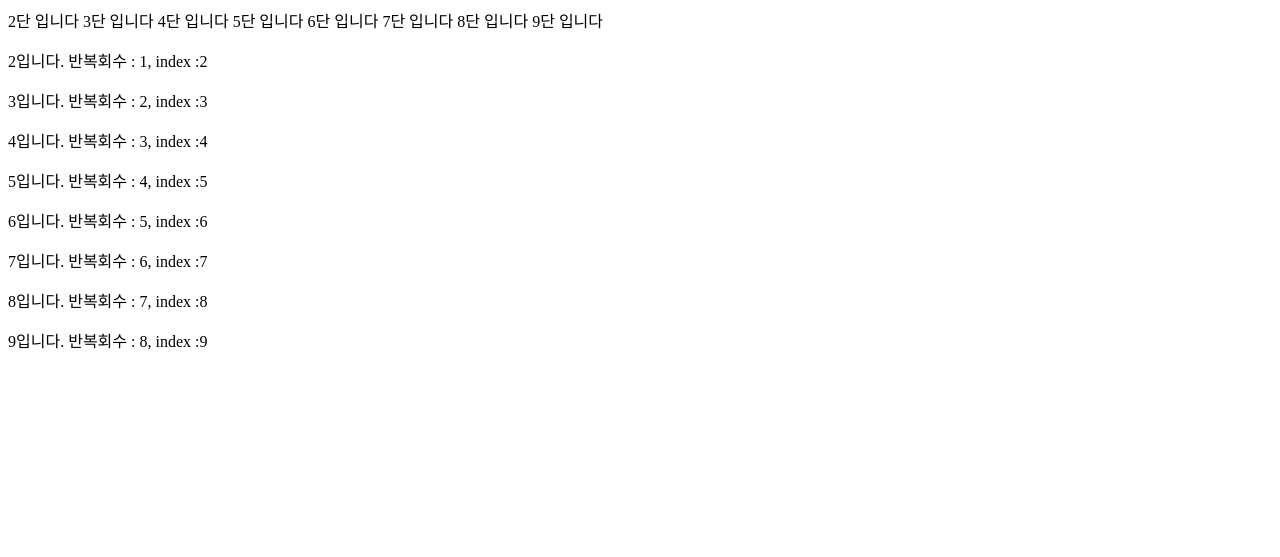
Repository: jjungee/DDIT-JSP
Page: http://localhost/JSP_JSTL/forEach.jsp
The author's editor kept a copy of each file at every save. The page is drawn from the files as they stood at one save, then again after the next save.
The browser window is 1280 px wide. The pictures show the whole page.
The page is served by Tomcat 9.

Above is the page before, as saved 2020-11-02 02:31:51.

After the next save:
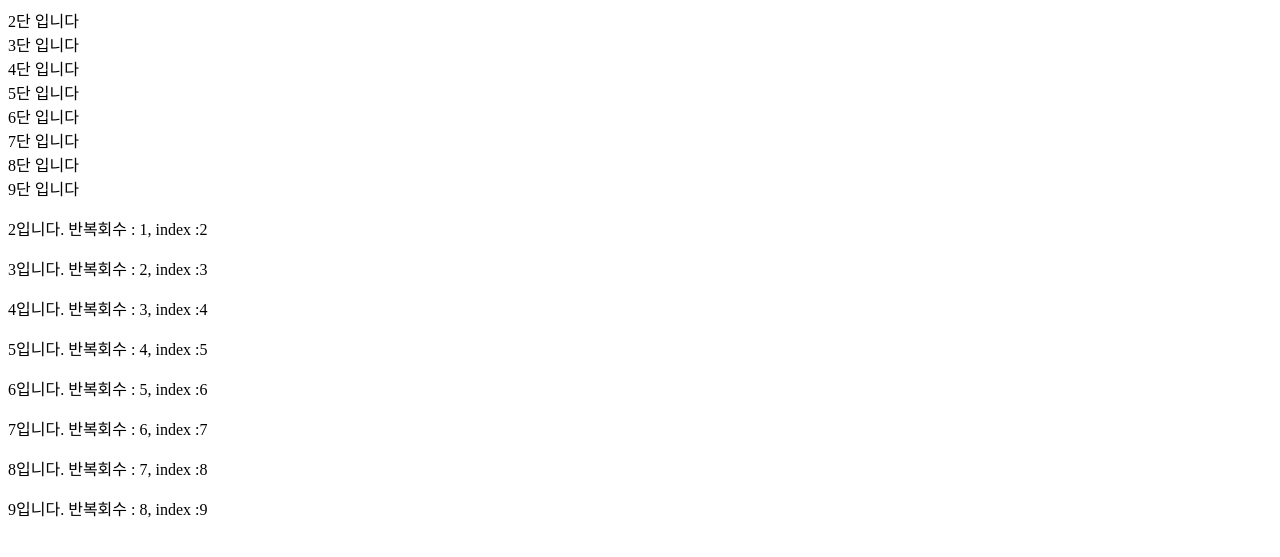
Saved 50 s later.
--- a/JSP_JSTL/WebContent/forEach.jsp
+++ b/JSP_JSTL/WebContent/forEach.jsp
@@ -13,7 +13,7 @@
 	<body>
 		<%
 			for(int dan = 2 ; dan < 10 ; dan++){
-				out.println(dan + "단 입니다");
+				out.println(dan + "단 입니다<br/>");
 			}
 		%>
 
